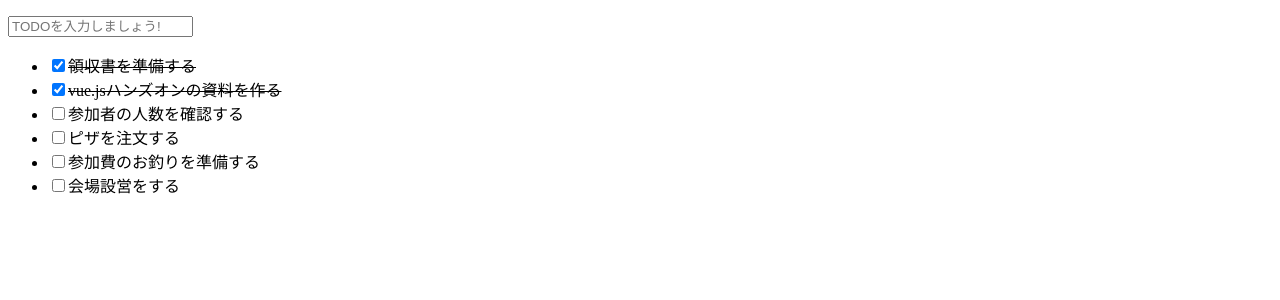
Repository: hubiot/todo01
Page: index.html
The author's editor kept a copy of each file at every save. The page is drawn from the files as they stood at one save, then again after the next save.
The browser window is 1280 px wide. The pictures show the whole page.

Above is the page before, as saved 2020-04-28 14:35:38.

### index.html
<!DOCTYPE html>
<html lang="ja">
<head>
  <meta charset="UTF-8">
  <meta name="viewport" content="width=device-width, initial-scale=1.0">
  <title>まずはデータを表示</title>
<body>

<div id="app">
  <p>
    <input type="text"
      placeholder="TODOを入力しましょう!"
      v-model="newItemTitle"
      v-on:keyup.enter="addTodo">
    </p>
  <ul>
    <li v-for="item in items">
      <label v-bind:class={done1:item.isChecked}>
        <input type="checkbox" v-model="item.isChecked">{{item.title}}
      </label>
    </li>
  </ul>
</div>
<script src="https://unpkg.com/vue/dist/vue.js"></script>
<script src="./app1.js"></script>

<style>
  .done1 {text-decoration: line-through;}
</style>

</body>
</html>

### app1.js
const vm = new Vue({
  el: '#app',
  data: {
    items:[
      {title:'領収書を準備する',isChecked:true},
      {title:'vue.jsハンズオンの資料を作る',isChecked:true},
      {title:'参加者の人数を確認する',isChecked:false},
      {title:'ピザを注文する',isChecked:false},
      {title:'参加費のお釣りを準備する',isChecked:false},
      {title:'会場設営をする',isChecked:false},
    ],
    newItemTitle:''
  },
  methods:{
    addTodo:function(){
      this.items.push({
        title:this.newItemTitle,
        isChecked:false
      })
      this.newItemTitle=''
    }
  }
})

After the next save:
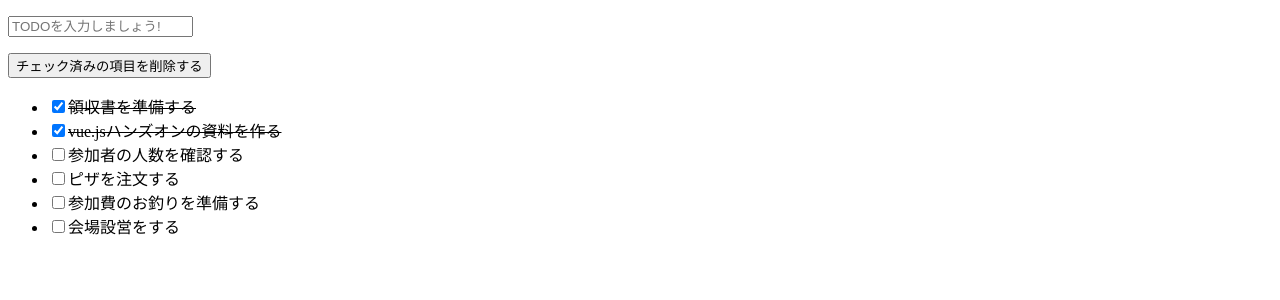
Saved 11 min 36 s later.
--- a/index.html
+++ b/index.html
@@ -13,6 +13,7 @@
       v-model="newItemTitle"
       v-on:keyup.enter="addTodo">
     </p>
+    <button @click="deleteTodo()">チェック済みの項目を削除する</button>
   <ul>
     <li v-for="item in items">
       <label v-bind:class={done1:item.isChecked}>
